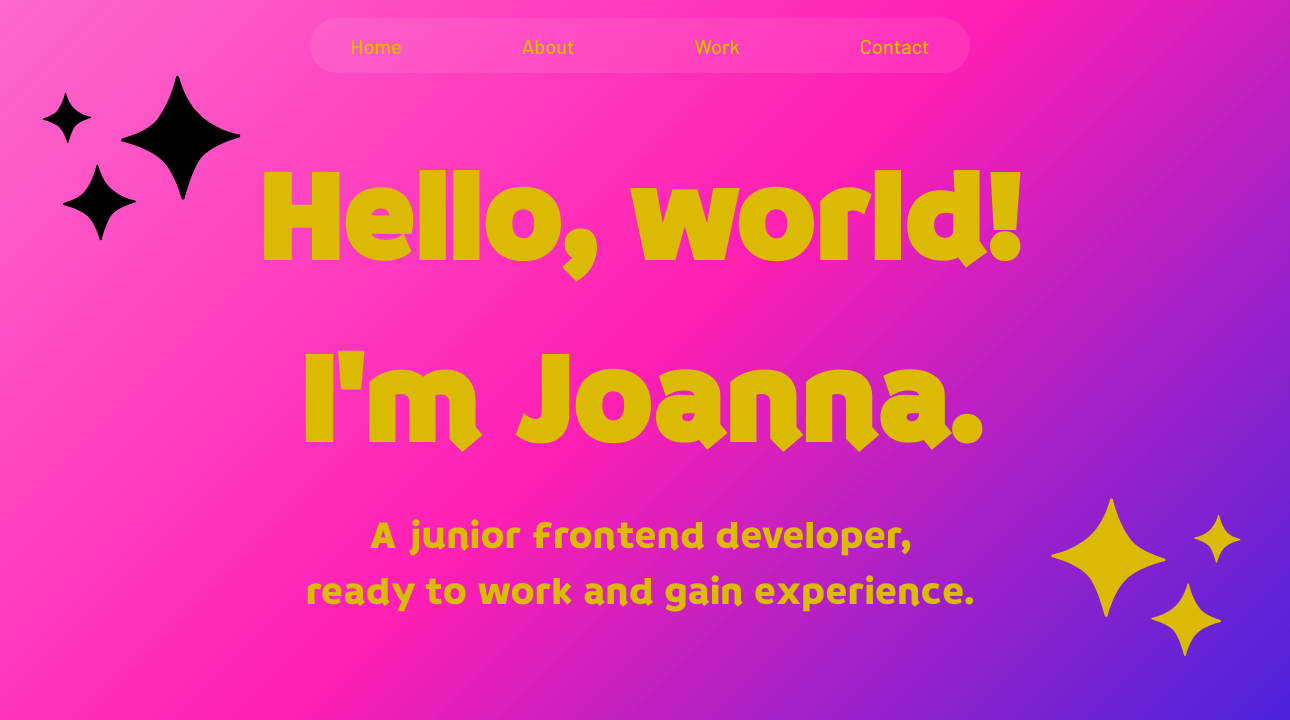
Repository: JJonka/portfolio_site
Page: /
The author's editor kept a copy of each file at every save. The page is drawn from the files as they stood at one save, then again after the next save.
The browser window is 1280 px wide. The page is 1290 px wide, so the pictures cover 1290 px, including what lies to the right of the window. The pictures show the whole page.
The project was rebuilt for these pictures with package versions that can differ from the ones it lists, and the page was loaded fresh each time. Also part of the build but not shown: vite.config.ts, src/components/EndOfSection.module.scss, src/components/EndOfSection.tsx, src/pages/About.tsx, src/components/LogoIcon.module.scss, src/components/LogoIcon.tsx, src/pages/Contact.tsx, src/pages/Work.module.scss and 1 more.

Above is the page before, as saved 2023-10-08 12:45:39.

After the next save:
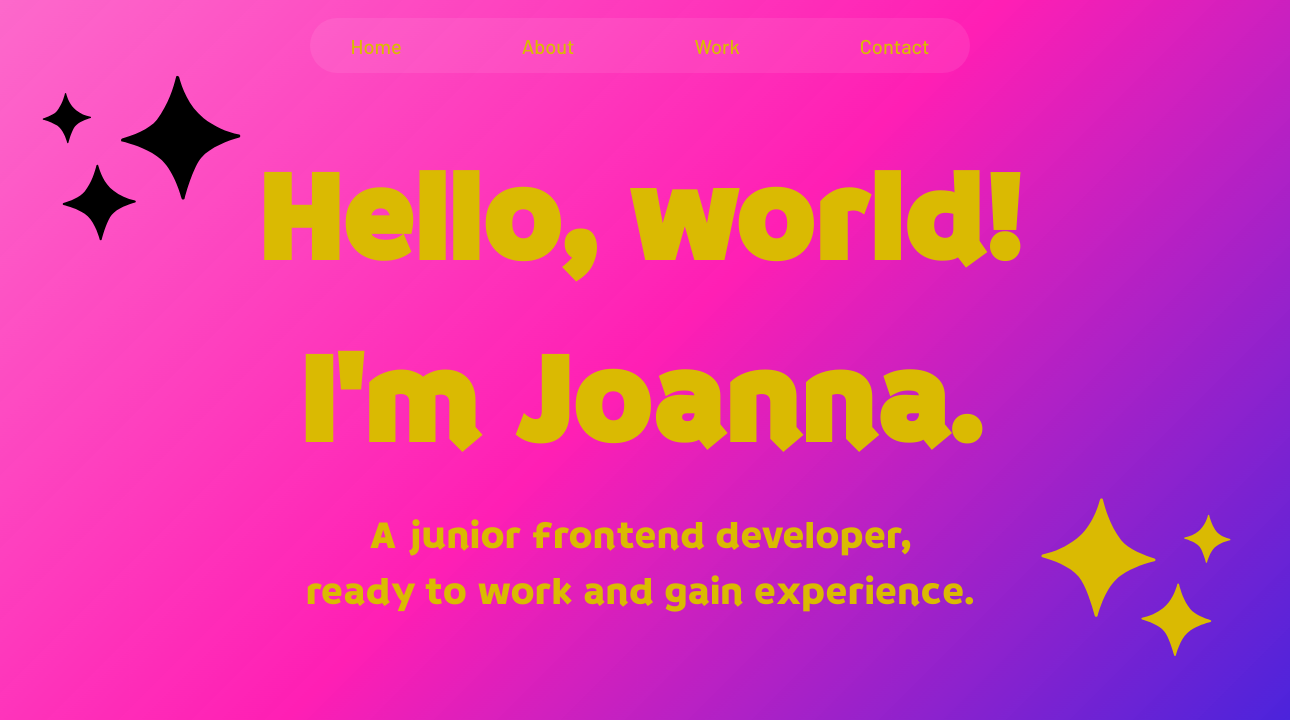
Saved 6 s later.
--- a/src/pages/HomePage.module.scss
+++ b/src/pages/HomePage.module.scss
@@ -31,7 +31,7 @@
 .imgBottom {
     position: absolute;
     bottom: 0;
-    right: 40px;
+    right: 50px;
     max-width: 30%;
     max-height: 30%;
 }
